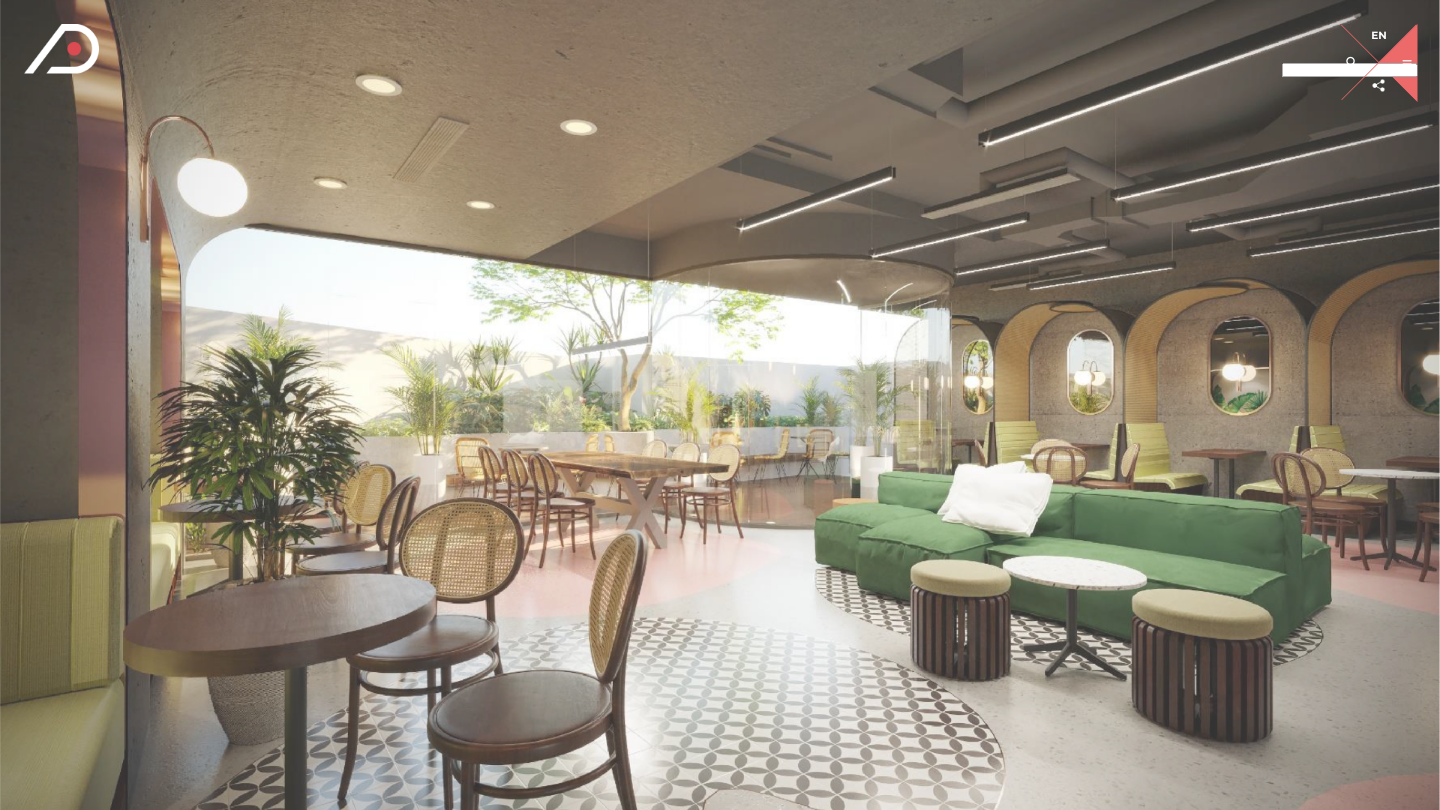
Repository: iphoneboy46/demoMonaFigma
Page: index.html
An editor plug-in stored every save of this project. The page is shown before and after the next save, followed by the edit.
The browser window is 1280 px wide. The page is 1920 px wide, so the pictures cover 1920 px, including what lies to the right of the window. The pictures show the whole page, at 75% of full size.
Some web libraries are served in a nearby version.

Above is the page before, as saved 2023-03-20 12:47:57.

After the next save:
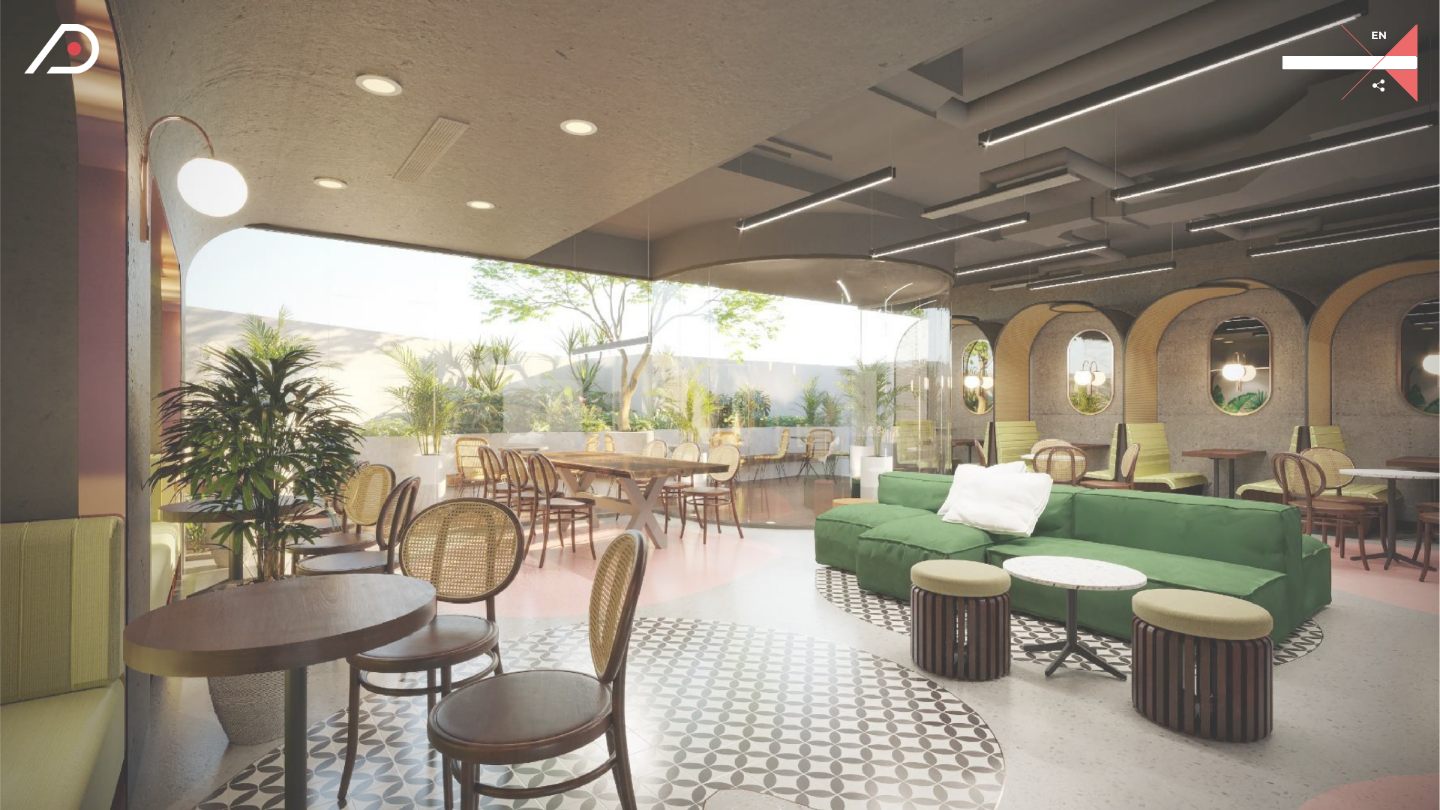
Saved 32 s later.
--- a/style.css
+++ b/style.css
@@ -148,7 +148,7 @@ header::after {
 
 .arrow-right > input{
     position: absolute;
-    top: 0px;
+    top: -10px;
     right: -52px;
 
 }
